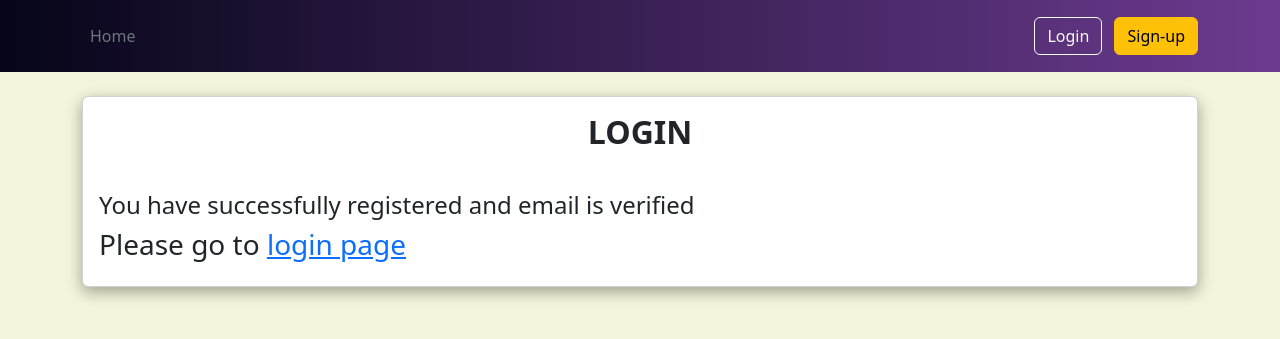
Repository: professorsourabh/php_membership
Page: view/verificationPage.html
The author's editor kept a copy of each file at every save. The page is drawn from the files as they stood at one save, then again after the next save.
The browser window is 1280 px wide. The pictures show the whole page.

Above is the page before, as saved 2023-07-08 18:19:18.

### view/verificationPage.html
<html lang="en">
<head>
    <meta charset="UTF-8">
    <meta name="viewport" content="width=device-width, initial-scale=1.0">
    <title>Assesment</title>
    <link href="https://cdn.jsdelivr.net/npm/bootstrap@5.3.0/dist/css/bootstrap.min.css" rel="stylesheet" integrity="sha384-9ndCyUaIbzAi2FUVXJi0CjmCapSmO7SnpJef0486qhLnuZ2cdeRhO02iuK6FUUVM" crossorigin="anonymous">
    <link rel="stylesheet" href="index.css"></link>
</head>
<body>
    <header class="p-3 bg-dark text-white">
        <div class="container">
          <div class="d-flex flex-wrap align-items-center justify-content-center justify-content-lg-start">


            <ul class="nav col-12 col-lg-auto me-lg-auto mb-2 justify-content-center mb-md-0">
              <li><a href="#" class="nav-link px-2 text-secondary">Home</a></li>

            </ul>




            <div class="text-end">
              <a type="button" class="btn btn-outline-light me-2" href="login.html">Login</a>
              <a type="button" class="btn btn-warning" href="index.html">Sign-up</a>
            </div>
          </div>
        </div>
      </header>
      <div class="container my-4">
        <div class="card my-4" style="box-shadow: rgba(0, 0, 0, 0.35) 0px 5px 15px;">
            <div class="card-heading text-center my-3 mx-2">
                <h2 class="text-uppercase fw-bold">Login</h2>
            </div>
            <div class="card-body">

              <h4>You have successfully registered and email is verified </h4>
              <h3>Please go to <a href="../login.html">login page</a></h3>


            </div>
        </div>

    </div>






    <script src="https://cdn.jsdelivr.net/npm/bootstrap@5.3.0/dist/js/bootstrap.bundle.min.js" integrity="sha384-geWF76RCwLtnZ8qwWowPQNguL3RmwHVBC9FhGdlKrxdiJJigb/j/68SIy3Te4Bkz" crossorigin="anonymous"></script>
</body>
</html>

### index.css
*{
    padding: 0;
    margin: 0;
}

body{

    background-color: beige;
}
header{
    background: rgb(5,4,24);
    background: linear-gradient(90deg, rgba(5,4,24,0.9557072829131653) 0%, rgba(134,66,179,0.7400210084033614) 100%);
}
.registration-part{

    padding: 50px;

}
.text-cente{
    text-align: center;
}
div.form-group{
    padding: 5px;
}

After the next save:
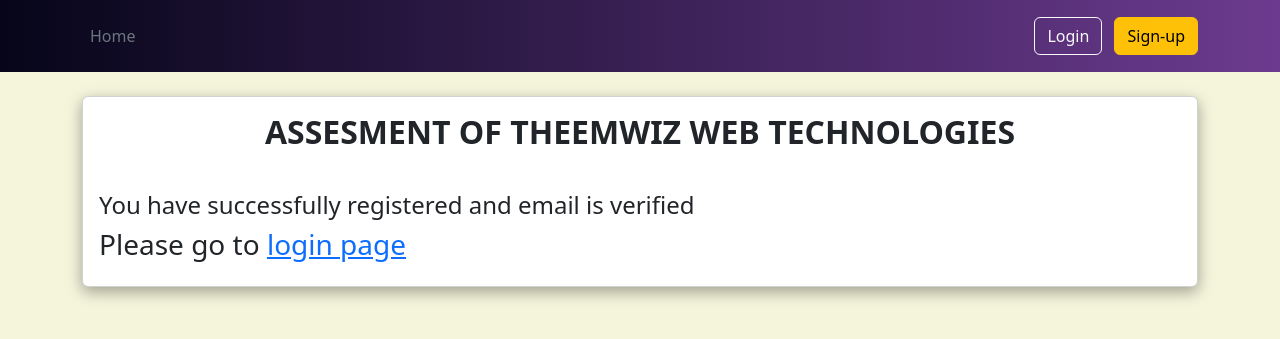
Saved 108 s later.
--- a/view/verificationPage.html
+++ b/view/verificationPage.html
@@ -30,7 +30,7 @@
       <div class="container my-4">
         <div class="card my-4" style="box-shadow: rgba(0, 0, 0, 0.35) 0px 5px 15px;">
             <div class="card-heading text-center my-3 mx-2">
-                <h2 class="text-uppercase fw-bold">Login</h2>
+                <h2 class="text-uppercase fw-bold">Assesment of Theemwiz Web Technologies</h2>
             </div>
             <div class="card-body">
 
